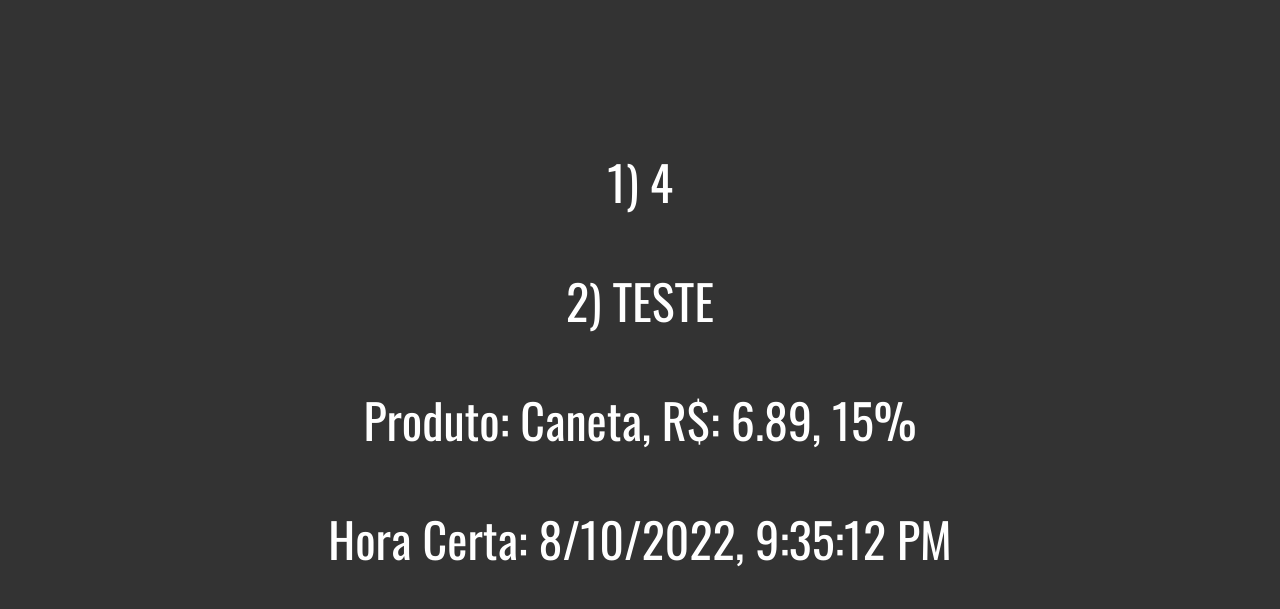
Repository: WillianPer/VUE
Page: exercicios/basico.html
The author's editor kept a copy of each file at every save. The page is drawn from the files as they stood at one save, then again after the next save.
The browser window is 1280 px wide. The pictures show the whole page.

Above is the page before, as saved 2022-08-11 20:47:01.

After the next save:
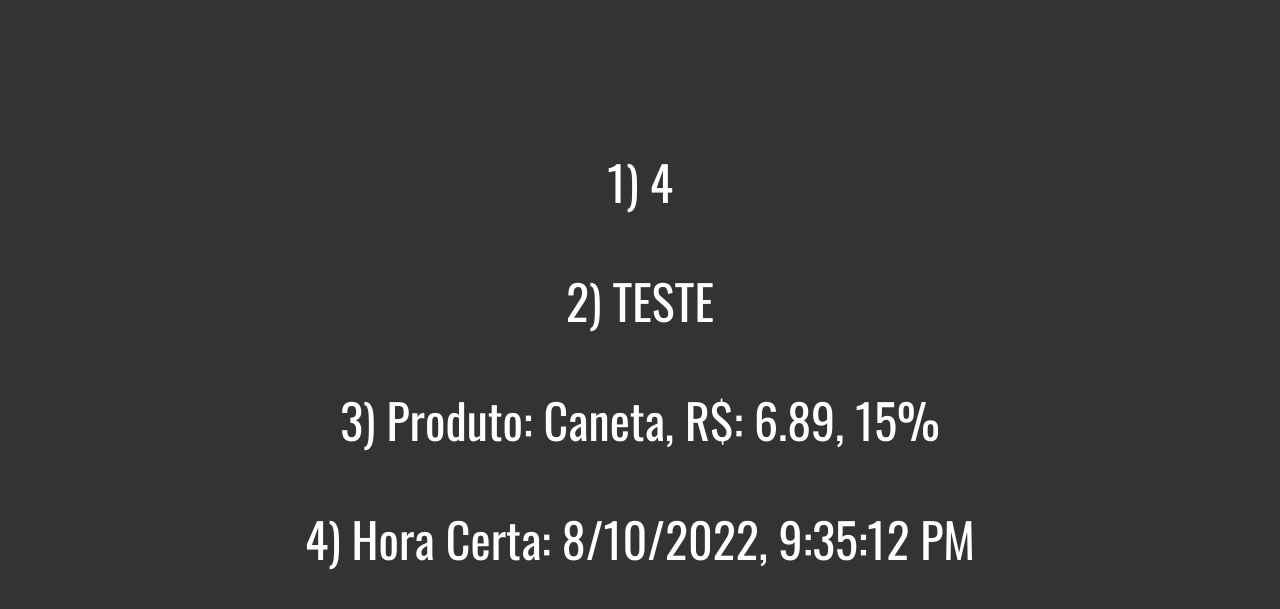
Saved 36 s later.
--- a/exercicios/basico.html
+++ b/exercicios/basico.html
@@ -11,9 +11,9 @@
     <div id="app">
         <p>1) {{2 + 2}}</p>
         <p>2) {{ 'Teste'.toUpperCase() }}</p>
-        <p>Produto: {{nome}}, R$: {{preco}}, {{desconto * 100}}%</p>
+        <p>3) Produto: {{nome}}, R$: {{preco}}, {{desconto * 100}}%</p>
         <!-- <p>3) {{ {nome, preco, desconto} }}</p> -->
-        <p>Hora Certa: {{ horaCerta() }}</p>
+        <p>4) Hora Certa: {{ horaCerta() }}</p>
     </div>
 
     <script>
